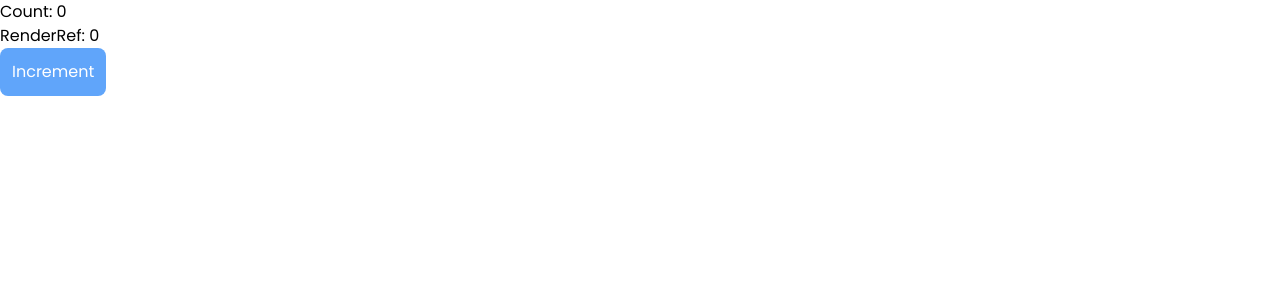
Repository: ThanhPhongsof/React-Course
Page: /
An editor plug-in stored every save of this project. The page is shown before and after the next save, followed by the edit.
The browser window is 1280 px wide. The pictures show the whole page.
The project was rebuilt for these pictures with package versions that can differ from the ones it lists, and the page was loaded fresh each time.

Above is the page before, as saved 2022-04-26 16:48:03.

After the next save:
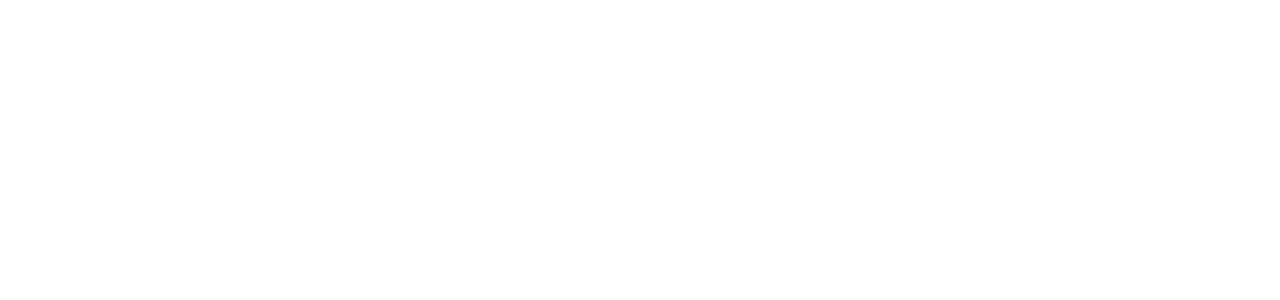
Saved 24 s later.
--- a/src/index.js
+++ b/src/index.js
@@ -5,14 +5,14 @@
 import "./index.scss";
 import { BrowserRouter } from "react-router-dom";
 
-ReactDOM.render(
-  <React.StrictMode>
-    <BrowserRouter>
-      <App />
-    </BrowserRouter>
-  </React.StrictMode>,
-  document.getElementById("root")
-);
+// ReactDOM.render(
+//   <React.StrictMode>
+//     <BrowserRouter>
+//       <App />
+//     </BrowserRouter>
+//   </React.StrictMode>,
+//   document.getElementById("root")
+// );
 
 // ReactDOM.render(
 //   <BrowserRouter>

After the save that followed:
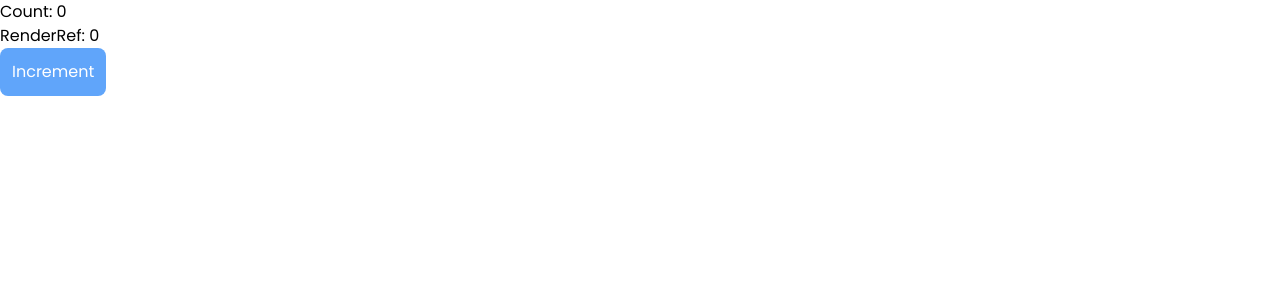
Saved 9 s later.
--- a/src/index.js
+++ b/src/index.js
@@ -14,12 +14,12 @@
 //   document.getElementById("root")
 // );
 
-// ReactDOM.render(
-//   <BrowserRouter>
-//     <App />
-//   </BrowserRouter>,
-//   document.getElementById("root")
-// );
+ReactDOM.render(
+  <BrowserRouter>
+    <App />
+  </BrowserRouter>,
+  document.getElementById("root")
+);
 
 // If you want to start measuring performance in your app, pass a function
 // to log results (for example: reportWebVitals(console.log))
